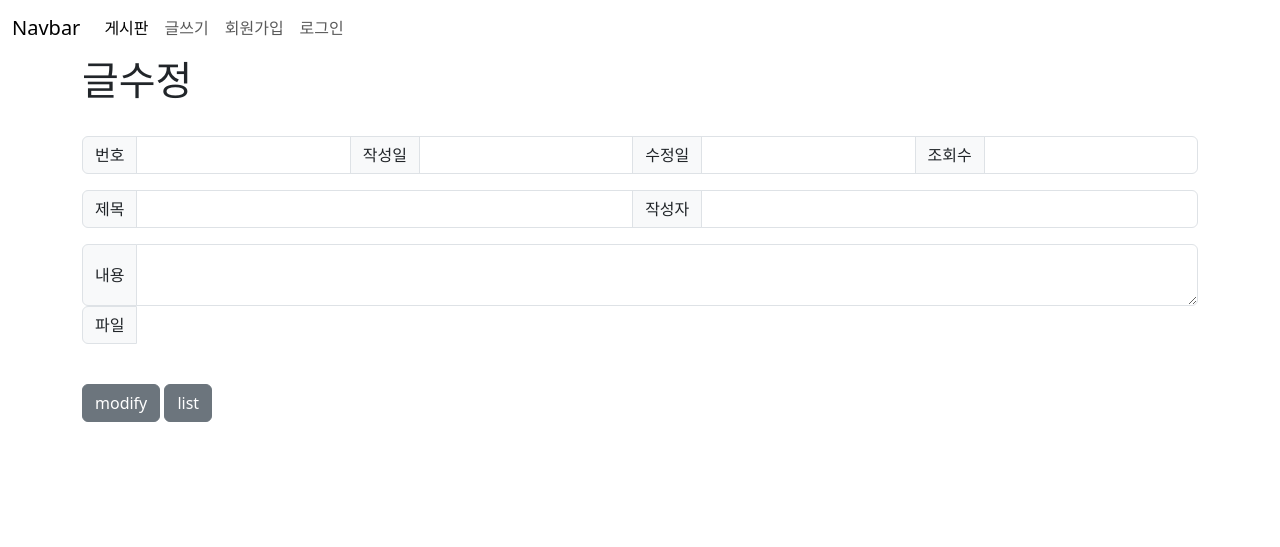
Repository: cmjii/240115SpringProject
Page: http://localhost/spring_test2/WEB-INF/views/board/modify.jsp
The author's editor kept a copy of each file at every save. The page is drawn from the files as they stood at one save, then again after the next save.
The browser window is 1280 px wide. The pictures show the whole page.
The page is served by Tomcat 9. Nobody is signed in. Other server files are loaded and not shown. The template is opened directly, without the code that normally fills it, so the values that code supplies are empty.

Above is the page before, as saved 2024-01-11 03:48:33.

### spring_test2/src/main/webapp/WEB-INF/views/board/modify.jsp
<%@ page language="java" contentType="text/html; charset=UTF-8"
    pageEncoding="UTF-8"%>
<%@ taglib uri="http://java.sun.com/jsp/jstl/core" prefix="c" %>
<%@ taglib uri="http://java.sun.com/jsp/jstl/functions" prefix="fn" %>
<jsp:include page="../layout/header.jsp"></jsp:include>

<div class="container-md">
<h1>글수정</h1> <br>
<c:set value = "${bdto.bvo }" var="bvo"></c:set>
<form action="/board/modify" method="post" >
<div class="input-group mb-3">
  <span class="input-group-text" id="basic-addon1">번호</span>
  <input type="text" class="form-control" value="${bvo.bno }" name="bno" readonly="readonly">
  <span class="input-group-text" id="basic-addon1">작성일</span>
  <input type="text" class="form-control"value="${bvo.regAt}"  readonly="readonly">
  <span class="input-group-text" id="basic-addon1">수정일</span>
  <input type="text" class="form-control"value="${bvo.modAt}" name="modAt" readonly="readonly">
  <span class="input-group-text" id="basic-addon1">조회수</span>
  <input type="text" class="form-control" value="${bvo.readCount}" readonly="readonly">
</div>

<div class="input-group mb-3">
  <span class="input-group-text" id="basic-addon1">제목</span>
  <input type="text" class="form-control"  name="title" value="${bvo.title}" >
  <span class="input-group-text" id="basic-addon1">작성자</span>
  <input type="text" class="form-control" name="writer" value="${bvo.writer}" readonly="readonly">
</div>

<div class="input-group">
  <span class="input-group-text">내용</span>
  <textarea class="form-control" name="content">${bvo.content}</textarea>
</div>

<!-- 파일라인 -->
<c:set value="${bdto.flist }" var="flist"></c:set>
<div class="input-group mb-3">
	  <span class="input-group-text" id="basic-addon1">파일</span>
	    <ul class="list-group list-group-flush">
	    	<c:forEach items="${flist }" var="fvo">
	    		<li class="list-group-item">
	    			<c:choose>
	    				<c:when test="${fvo.fileType ==1 }">
	    					<div>
	    						<img alt="" src="/upload/${fvo.saveDir }/${fvo.uuid}_${fvo.fileName}">
	    					</div>
	    				</c:when>
	    				<c:otherwise>
	    					<div>
	    					<!-- 일반 파일 표시할 아이콘 -->
	    						<i class="bi bi-card-heading" style="font-size: 50px;"></i>
	    					</div>
	    				</c:otherwise>
	    			</c:choose>
	    			<div class="ms-2 me-auto">
	    				<div class="fw-bold">${fvo.fileName }</div>
	    				<span class="badge text-bg-secondary">${fvo.fileSize }</span>
	    				<button type="button" data-uuid="${fvo.uuid }" class="btn btn-outline-danger file-x">X</button>
	    			</div>
	    		</li>
	    	</c:forEach>
	    </ul>
</div>




<br>

<button type="submit" class="btn btn-secondary" id="regBtn">modify</button>
<a href="/board/list"><button type="button" class="btn btn-secondary" id="regBtn">list</button></a>
</form>
</div>

<script src="/resources/js/boardModify.js" ></script>

### spring_test2/src/main/webapp/WEB-INF/views/layout/header.jsp
<%@ page language="java" contentType="text/html; charset=UTF-8"
    pageEncoding="UTF-8"%>
    <%@ taglib uri="http://java.sun.com/jsp/jstl/core" prefix="c" %>
<!DOCTYPE html>
<html>
<head>
<meta charset="UTF-8">
<title>Insert title here</title>
<link rel="stylesheet" href="https://cdn.jsdelivr.net/npm/bootstrap-icons@1.10.5/font/bootstrap-icons.css">
<link href="https://cdn.jsdelivr.net/npm/bootstrap@5.3.1/dist/css/bootstrap.min.css" rel="stylesheet" integrity="sha384-4bw+/aepP/YC94hEpVNVgiZdgIC5+VKNBQNGCHeKRQN+PtmoHDEXuppvnDJzQIu9" crossorigin="anonymous">
<script src="https://cdn.jsdelivr.net/npm/@popperjs/core@2.11.8/dist/umd/popper.min.js" integrity="sha384-I7E8VVD/ismYTF4hNIPjVp/Zjvgyol6VFvRkX/vR+Vc4jQkC+hVqc2pM8ODewa9r" crossorigin="anonymous"></script>
<script src="https://cdn.jsdelivr.net/npm/bootstrap@5.3.1/dist/js/bootstrap.min.js" integrity="sha384-Rx+T1VzGupg4BHQYs2gCW9It+akI2MM/mndMCy36UVfodzcJcF0GGLxZIzObiEfa" crossorigin="anonymous"></script>
</head>
<body>
<nav class="navbar navbar-expand-lg bg-body-tertiar">
  <div class="container-fluid">
    <a class="navbar-brand" href="#">Navbar</a>
    <button class="navbar-toggler" type="button" data-bs-toggle="collapse" data-bs-target="#navbarTogglerDemo02" aria-controls="navbarTogglerDemo02" aria-expanded="false" aria-label="Toggle navigation">
      <span class="navbar-toggler-icon"></span>
    </button>
    <div class="collapse navbar-collapse" id="navbarTogglerDemo02">
      <ul class="justify-content-center navbar-nav me-auto mb-2 mb-lg-0">
        <li class="nav-item ">
          <a class="nav-link active" aria-current="page" href="/board/list">게시판</a>
        </li>
        <li class="nav-item">
          <a class="nav-link" href="/board/register">글쓰기</a> <!-- 컨트롤러 경로로 가는거임 -->
        </li>
        <li class="nav-item">
          <a class="nav-link" href="#">회원가입</a>
        </li>
        <c:if test="${ses.id ne null }">
        <li class="nav-item">
          <a class="nav-link" href="#">로그아웃</a>
        </li>
        </c:if>
        <c:if test="${ses.id ne null }">
        <li class="nav-item">
          <a class="nav-link" href="#">${ses.id }( ${ses.email }) welcome!</a> <!-- 내 정보 수정 -->
        </li>
        </c:if>
        <c:if test="${ses.id eq null }">
        <li class="nav-item">
          <a class="nav-link" href="#">로그인</a>
        </li>
        </c:if>
      </ul>
    </div>
  </div>
</nav>

</html>

### spring_test2/src/main/webapp/resources/js/boardModify.js
console.log("in");

document.addEventListener('click',(e)=>{
    if(e.target.classList.contains('file-x')){
        let uuid = e.target.dataset.uuid;
        console.log(uuid);
        removeFileToserver(uuid).then(result =>{
            if(result ==="1"){
                alert("파일 삭제 성공");
                e.target.closest('li').remove();
            }
        })
    }
})

async function removeFileToserver(uuid){
    try {
        const url = "/board/file/"+uuid
        const config={
            method:"delete"
        }
        const resp = await fetch(url,config);
        const result = resp.text();
        return result;
    } catch (error) {
        console.log(error);
    }
}

After the next save:
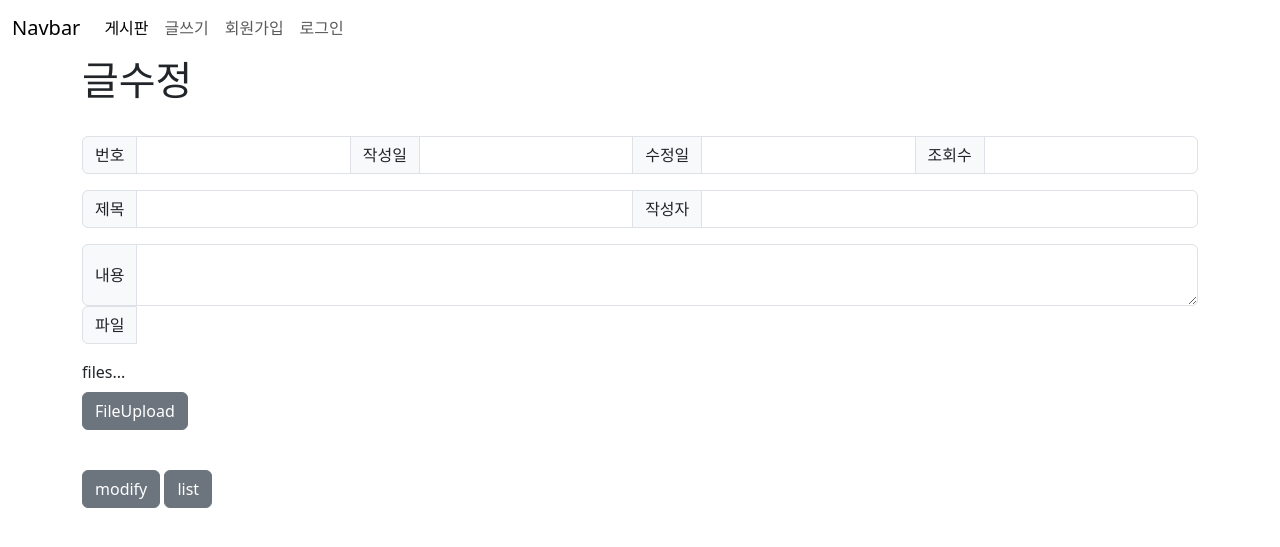
Saved 3 min 53 s later.
--- a/spring_test2/src/main/webapp/WEB-INF/views/board/modify.jsp
+++ b/spring_test2/src/main/webapp/WEB-INF/views/board/modify.jsp
@@ -61,6 +61,16 @@
 	    </ul>
 </div>
 
+<!-- file입력 라인 추가 -->
+<div class="mb-3">
+  <label for="file" class="form-label">files...</label>
+  <input type="file" name="files" class="form-control" id="files" multiple="multiple" style="display: none;"> <!-- multiple == 한번에 여러개의 파일을 업로드 -->
+  <!-- 파일 버튼 트리거 사용하기 위해서 주는 버튼 -->
+  <br><button type="button" class="btn btn-secondary" id="trigger">FileUpload</button>
+</div>
+<!-- 파일 목록 표시라인 -->
+<div class="mb-3" id="fileZone">
+</div>
 
 
 
